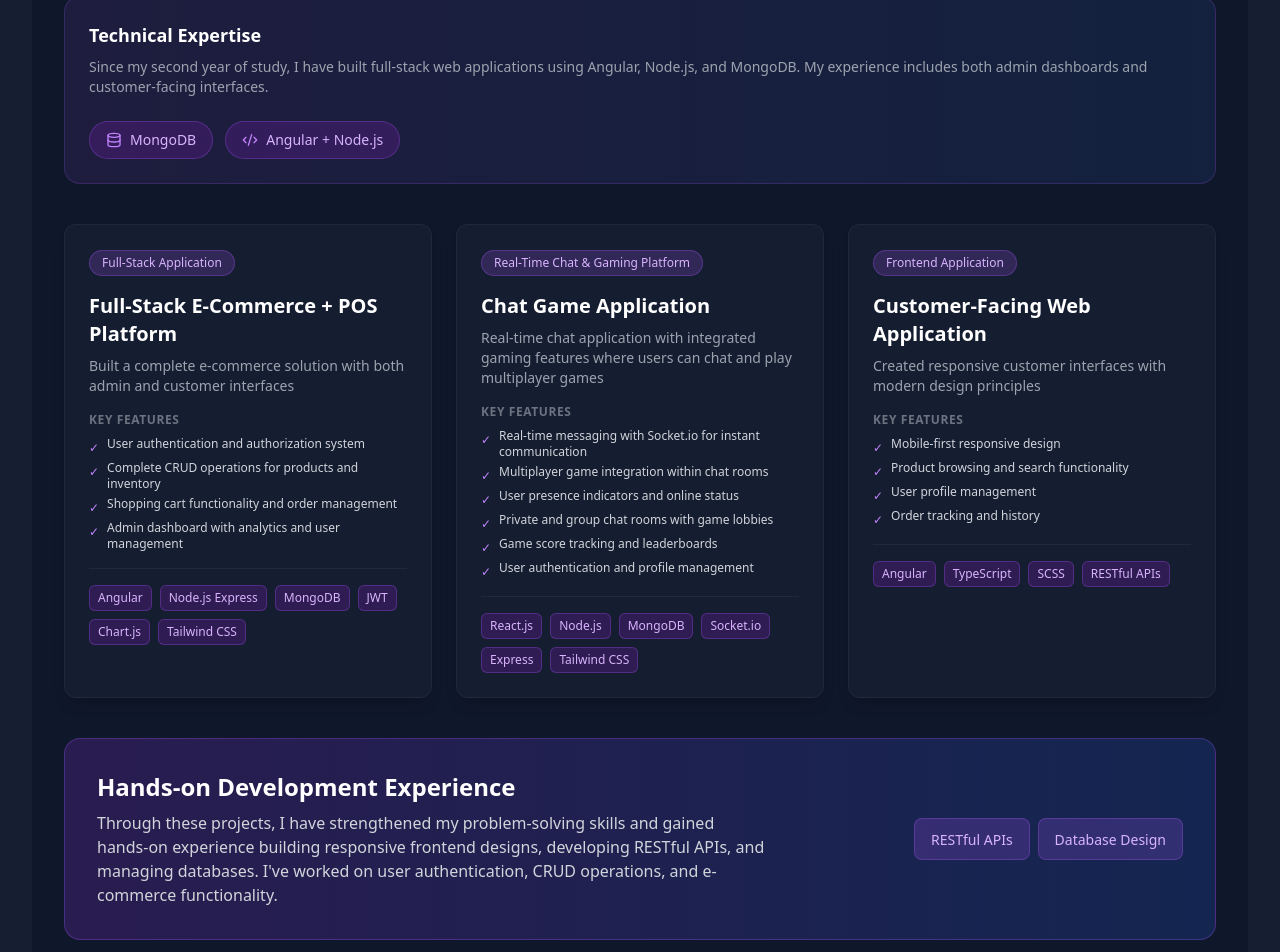
Repository: Kimrith/my-cv
Page: /
An editor plug-in stored every save of this project. The page is shown before and after the next save, followed by the edit.
The browser window is 1280 px wide. The pictures show the part of the page from y = 3186 to 4138 px (the page is 4356 px tall before and 4368 px after).
Some web libraries are served in a nearby version. The project was rebuilt for these pictures with package versions that can differ from the ones it lists, and the page was loaded fresh each time. Also part of the build but not shown: vite.config.js, src/Layout/footer.jsx.

Above is the page before, as saved 2026-03-09 22:23:22.

After the next save:
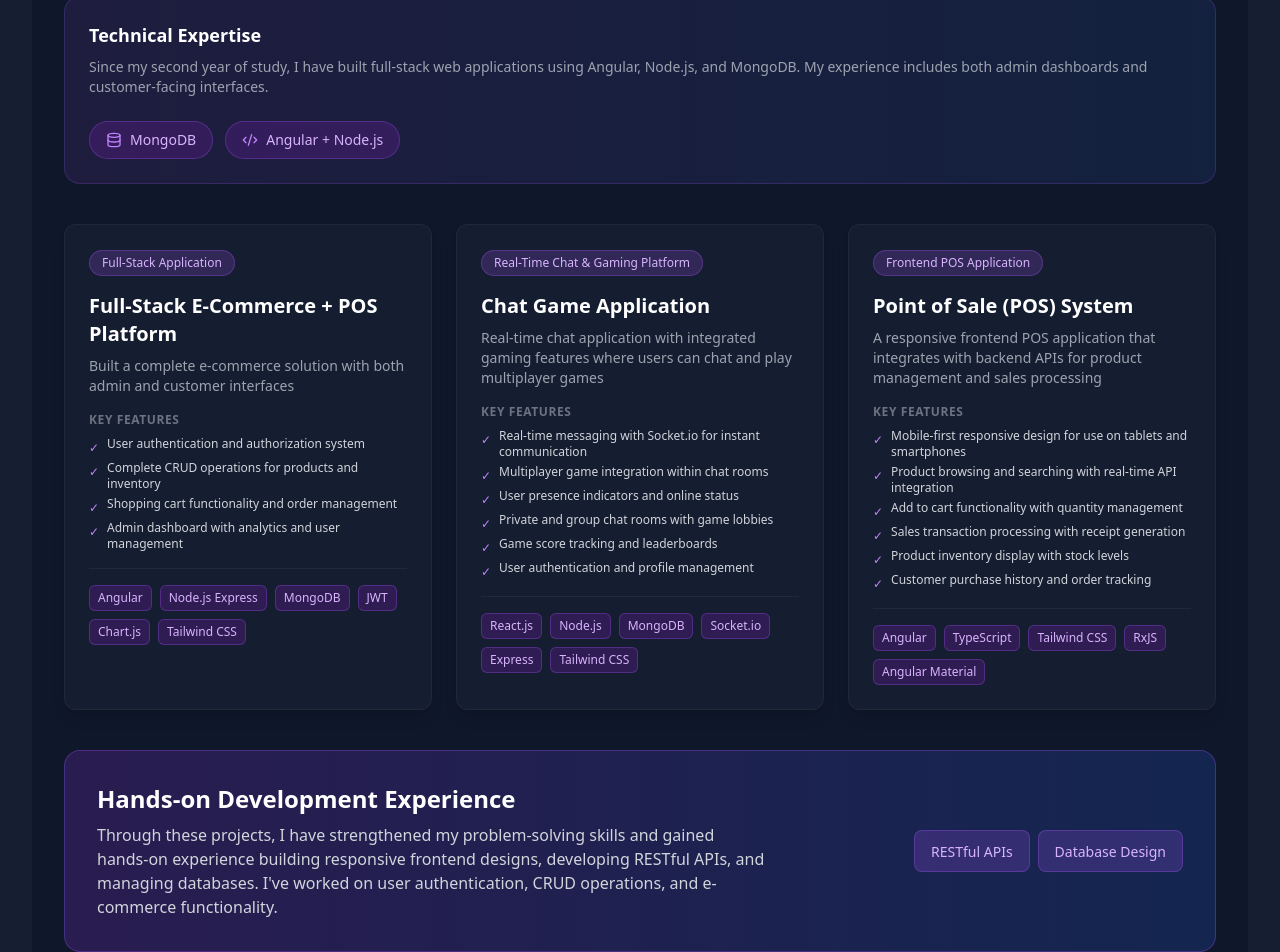
Saved 85 s later.
--- a/src/Navigation/exp.jsx
+++ b/src/Navigation/exp.jsx
@@ -79,17 +79,25 @@ export default function Experience() {
     },
     {
       id: 3,
-      title: "Customer-Facing Web Application",
+      title: "Point of Sale (POS) System",
       description:
-        "Created responsive customer interfaces with modern design principles",
+        "A responsive frontend POS application that integrates with backend APIs for product management and sales processing",
       features: [
-        "Mobile-first responsive design",
-        "Product browsing and search functionality",
-        "User profile management",
-        "Order tracking and history",
-      ],
-      technologies: ["Angular", "TypeScript", "SCSS", "RESTful APIs"],
-      type: "Frontend Application",
+        "Mobile-first responsive design for use on tablets and smartphones",
+        "Product browsing and searching with real-time API integration",
+        "Add to cart functionality with quantity management",
+        "Sales transaction processing with receipt generation",
+        "Product inventory display with stock levels",
+        "Customer purchase history and order tracking",
+      ],
+      technologies: [
+        "Angular",
+        "TypeScript",
+        "Tailwind CSS",
+        "RxJS",
+        "Angular Material",
+      ],
+      type: "Frontend POS Application",
     },
   ];
 
